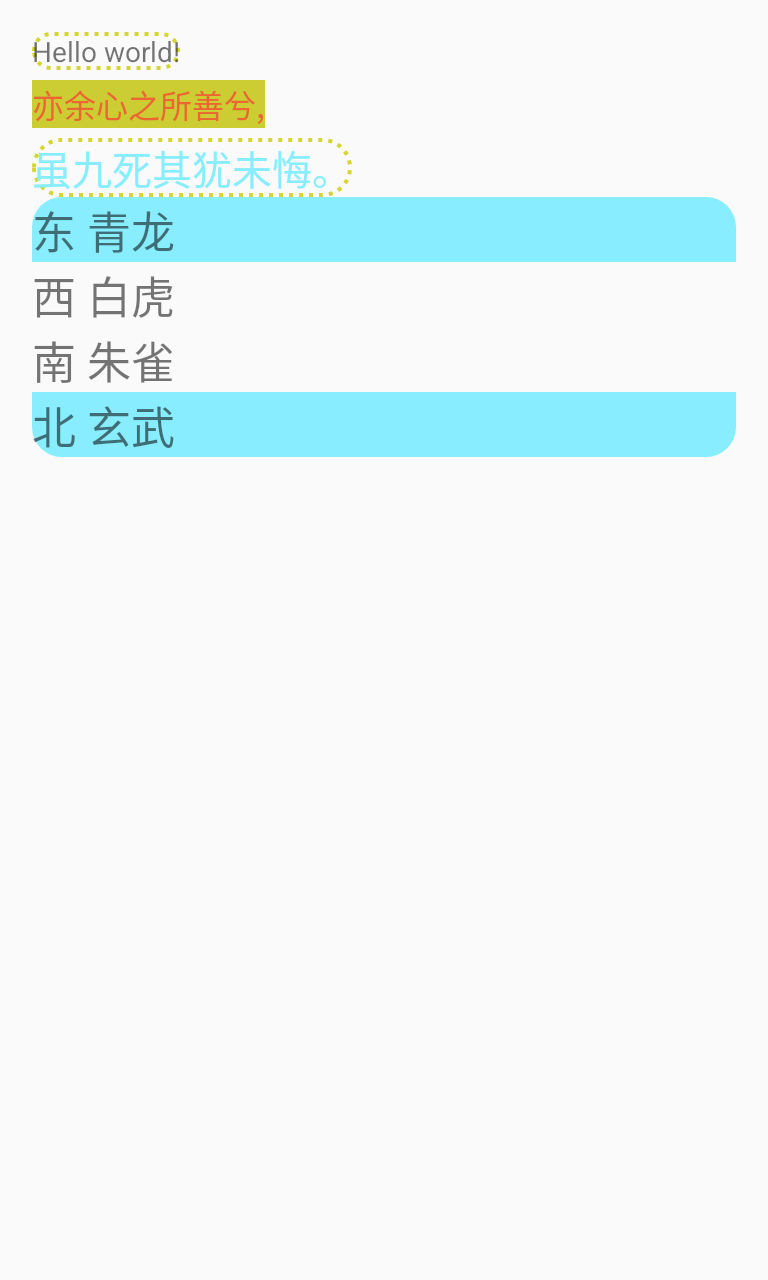
Repository: duhei/cici
Layout: GitHubFrist/res/layout/activity_main.xml
An editor plug-in stored every save of this project. The layout is shown before and after the next save, followed by the edit.
It is drawn on a 768 x 1280 px phone screen (xhdpi) without system bars, with theme AppTheme; the app's code is not run.

Above is the layout before, as saved 2015-07-10 08:52:09.

### GitHubFrist/res/layout/activity_main.xml
<LinearLayout xmlns:android="http://schemas.android.com/apk/res/android"
    xmlns:tools="http://schemas.android.com/tools"
    android:layout_width="match_parent"
    android:layout_height="match_parent"
    android:paddingBottom="@dimen/activity_vertical_margin"
    android:paddingLeft="@dimen/activity_horizontal_margin"
    android:paddingRight="@dimen/activity_horizontal_margin"
    android:paddingTop="@dimen/activity_vertical_margin"
    tools:context="com.mylove.githubfrist.MainActivity"
    android:orientation="vertical"
    >

    <TextView
        android:layout_width="wrap_content"
        android:layout_height="wrap_content"
        android:text="@string/hello_world"
        android:background="@drawable/corner_shape"
        />

    <TextView
        style="@style/warp_content"
        android:text="@string/lisao1"
        android:background="#FFCCCC33"
        android:textColor="#99FF2233"
        android:textSize="16dp"
        />

    <TextView
        style="@style/warp_textCol"
        android:layout_width="wrap_content"
        android:layout_height="wrap_content"
        android:background="@drawable/corner_shape"
        android:text="@string/lisao2" />

    <TextView
        android:layout_width="match_parent"
        android:layout_height="wrap_content"
        android:background="@drawable/con_shape_top"
        android:text="@string/east"
        android:textSize="22dp"
        />

    <TextView
        android:layout_width="match_parent"
        android:layout_height="wrap_content"
        android:text="@string/west"
        android:textSize="22dp"
        />

    <TextView
        android:layout_width="match_parent"
        android:layout_height="wrap_content"
        android:text="@string/south"
        android:textSize="22dp"
        />

    <TextView
        android:layout_width="match_parent"
        android:layout_height="wrap_content"
        android:background="@drawable/con_shape_bottom"
        android:text="@string/nouth"
        android:textSize="22dp"
        />

</LinearLayout>

### GitHubFrist/res/values/strings.xml
<?xml version="1.0" encoding="utf-8"?>
<resources>

    <string name="app_name">GitHubFrist</string>
    <string name="hello_world">Hello world!</string>
    <string name="action_settings">Settings</string>

    <string name="lisao1">亦余心之所善兮,</string>
    <string name="lisao2">虽九死其犹未悔。</string>

    <string name="east">东 青龙</string>
    <string name="west">西 白虎</string>
    <string name="south">南 朱雀</string>
    <string name="nouth">北 玄武</string>
</resources>

### GitHubFrist/res/drawable-hdpi/corner_shape.xml
<?xml version="1.0" encoding="utf-8"?>
<shape xmlns:android="http://schemas.android.com/apk/res/android" >

    <corners android:radius="20dp"/>

    <stroke android:width="2dp"
        android:dashGap="3dp"
        android:dashWidth="2dp"
        android:color="#FFD5D533"/>

</shape>

### GitHubFrist/res/drawable-hdpi/con_shape_top.xml
<?xml version="1.0" encoding="utf-8"?>
<shape xmlns:android="http://schemas.android.com/apk/res/android" >

    <corners android:topLeftRadius="15dp"
        android:topRightRadius="15dp"
        android:bottomLeftRadius="0dp"
        android:bottomRightRadius="0dp"
        />

    <gradient android:startColor="#FF88EEFF"
        android:endColor="#FF88EEFF"/>

</shape>

### GitHubFrist/res/drawable-hdpi/con_shape_bottom.xml
<?xml version="1.0" encoding="utf-8"?>
<shape xmlns:android="http://schemas.android.com/apk/res/android" >

    <corners android:topLeftRadius="0dp"
        android:topRightRadius="0dp"
        android:radius="2dp"
        android:bottomLeftRadius="15dp"
        android:bottomRightRadius="15dp"
        />

    <gradient android:startColor="#FF88EEFF"
        android:endColor="#FF88EEFF"/>
</shape>

Loaded but not shown: GitHubFrist/res/values/styles.xml (common file); GitHubFrist/res/values-v11/styles.xml (common file); GitHubFrist/res/values-v14/styles.xml (common file); GitHubFrist/res/values/dimens.xml (common file); GitHubFrist/res/values-w820dp/dimens.xml (common file)

After the next save:
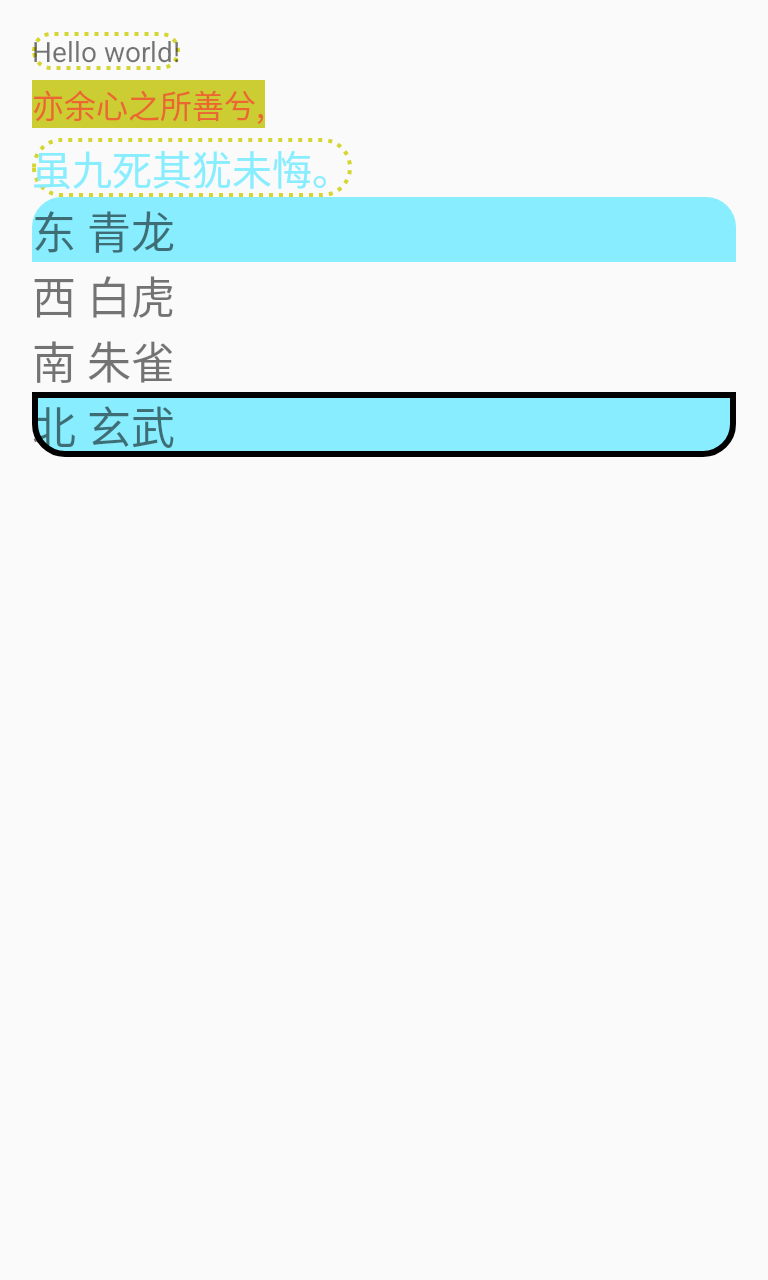
Saved 24 s later.
--- a/GitHubFrist/res/drawable-hdpi/con_shape_bottom.xml
+++ b/GitHubFrist/res/drawable-hdpi/con_shape_bottom.xml
@@ -10,4 +10,6 @@
 
     <gradient android:startColor="#FF88EEFF"
         android:endColor="#FF88EEFF"/>
+
+    <stroke android:width="3dp"/>
 </shape>
